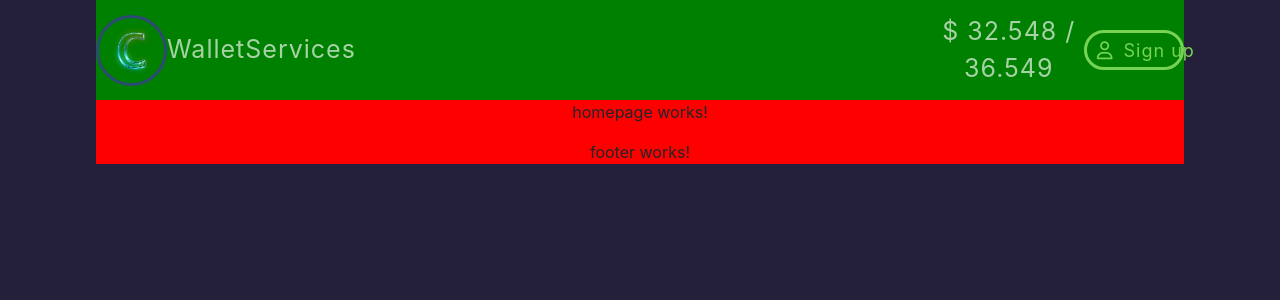
Repository: YuriyBen/Corzbank
Page: / (app in Corzbank.Web/ClientApp/)
An editor plug-in stored every save of this project. The page is shown before and after a run of saves, followed by the edit.
The browser window is 1280 px wide. The pictures show the whole page.
Some icons come from a web library that is not loaded, so they are not drawn. Some web libraries are served in a nearby version. The project was rebuilt for these pictures with package versions that can differ from the ones it lists, and the page was loaded fresh each time. Also part of the build but not shown: Corzbank.Web/ClientApp/angular.json.

Above is the page before, as saved 2022-05-19 20:28:35.

After the next 2 saves:
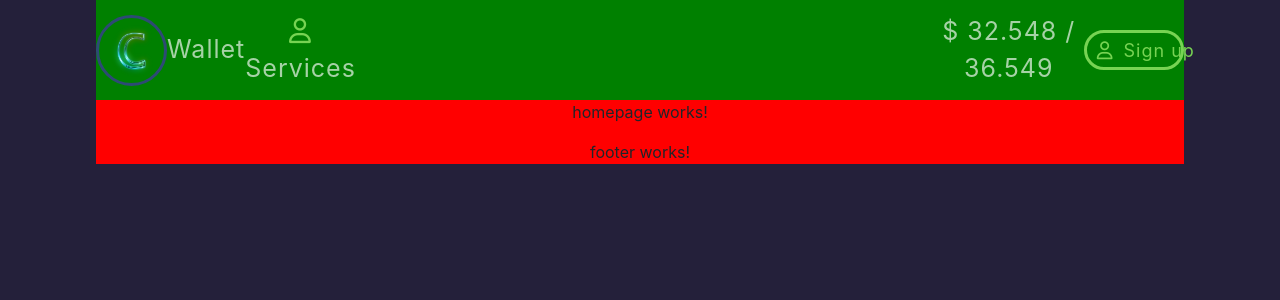
The 2 saves are shown as one change because they came seconds apart.
The last was saved 7 s later.
--- a/Corzbank.Web/ClientApp/src/app/header/header.component.html
+++ b/Corzbank.Web/ClientApp/src/app/header/header.component.html
@@ -5,7 +5,7 @@
         </div>
         <span>Wallet</span>
         <div class="services">
-
+            <i class="far fa-user"></i>
             <span>Services</span>
         </div>
     </div>

After the 2 saves that followed:
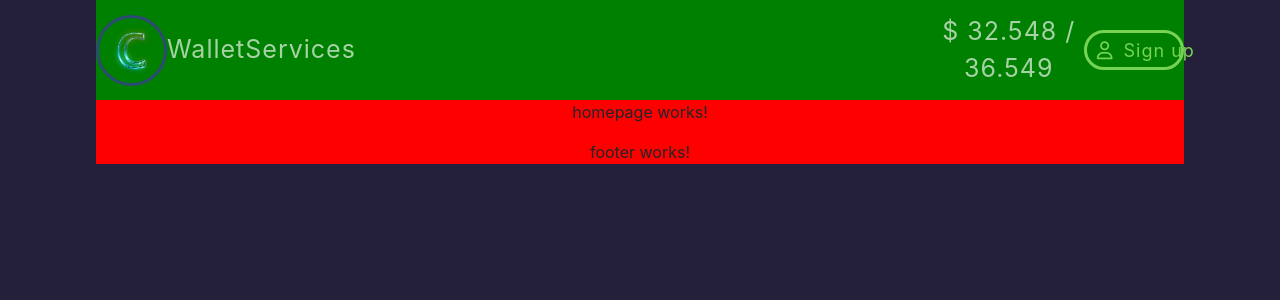
The 2 saves are shown as one change because they came seconds apart.
The last was saved 5 s later.
--- a/Corzbank.Web/ClientApp/src/app/header/header.component.html
+++ b/Corzbank.Web/ClientApp/src/app/header/header.component.html
@@ -5,7 +5,7 @@
         </div>
         <span>Wallet</span>
         <div class="services">
-            <i class="far fa-user"></i>
+            <i class="far fa-arrow"></i>
             <span>Services</span>
         </div>
     </div>
